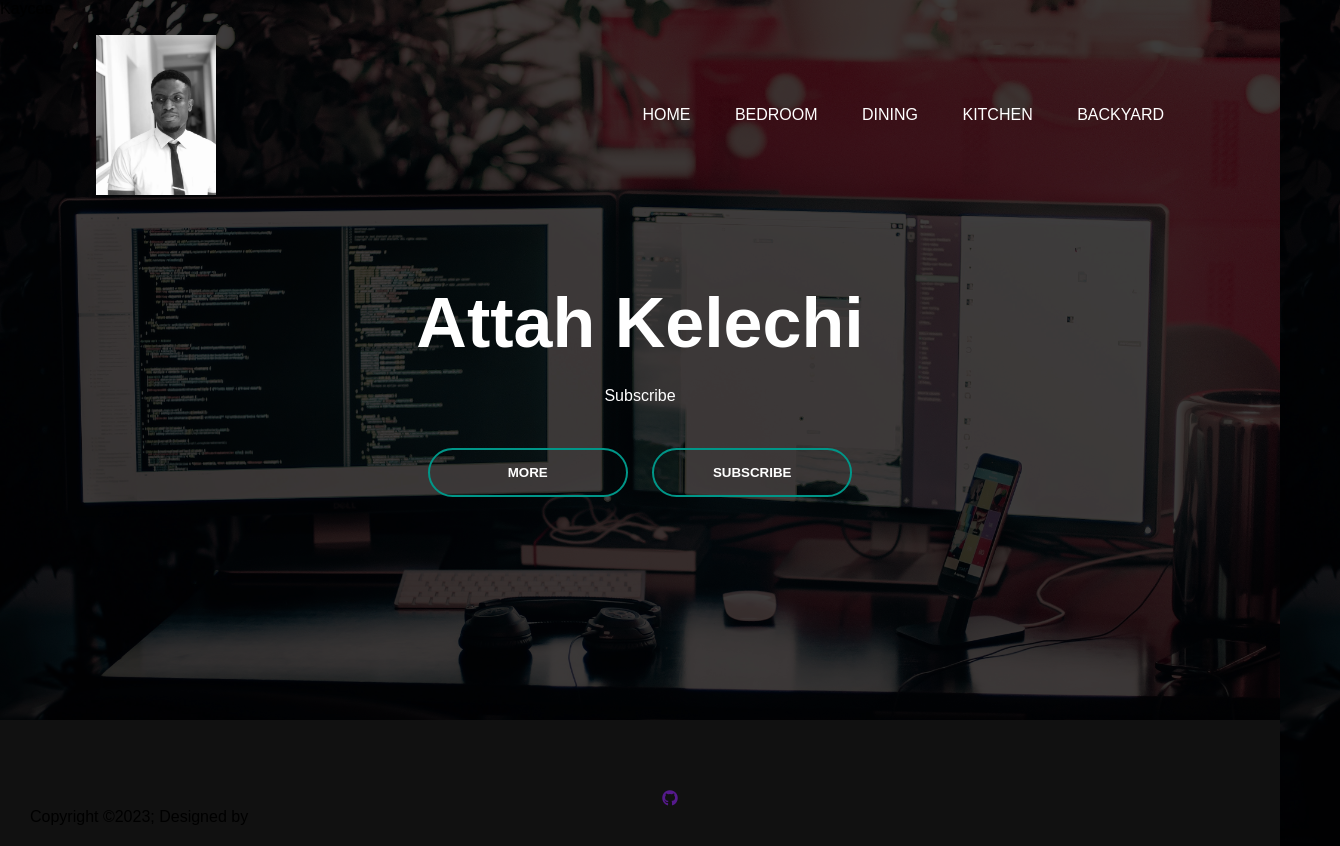
Repository: Kaycee-attah/HNG-Internship_2023
Page: index.html
These files come from the project's save history. The page is drawn as it stood at one moment and after the next save; the edit follows.
The browser window is 1280 px wide. The page is 1340 px wide, so the pictures cover 1340 px, including what lies to the right of the window. The pictures show the whole page.

Above is the page before, as saved 2023-09-07 02:41:44.

### index.html
<!DOCTYPE html>
<html lang="en">
<head>
    <meta charset="UTF-8">
    <meta name="viewport" content="width=device-width, initial-scale=1.0">
    <title>How to make a website - Easy tutorial</title>
    <link rel="stylesheet" href="style.css">
    <link rel="stylesheet" href="https://cdnjs.cloudflare.com/ajax/libs/font-awesome/6.4.2/css/all.min.css" integrity="sha512-z3gLpd7yknf1YoNbCzqRKc4qyor8gaKU1qmn+CShxbuBusANI9QpRohGBreCFkKxLhei6S9CQXFEbbKuqLg0DA==" crossorigin="anonymous" referrerpolicy="no-referrer" />
</head>
<body>
    <div class="banner">
        <div class="navbar">
            <img class="logo" src="slack_DP.JPG" alt="Kaycee" data-testid="slackDisplayImage">
            <ul>
                <li><a href="#">Home</a></li>
                <li><a href="#">Bedroom</a></li>
                <li><a href="#">Dining</a></li>
                <li><a href="#">Kitchen</a></li>
                <li><a href="#">Backyard</a></li>
            </ul>
        </div>
    </div>
    <div class="content">
        <h1 data-testid="slackUserName">Attah Kelechi</h1>
        <p>Subscribe</p>
        <div>
            <button type="button"><span></span> MORE</button>
            <button type="button"><span></span>SUBSCRIBE</button>
        </div>
    </div>
    <footer>
        <div class="footer_Container">
            <div class="social-icon">
                <a href=""><i class="fa-brands fa-github"></i></a>
            </div>
            <div class="footer_Bottom">
                <p>Copyright &copy;2023; Designed by <span class="designer">Kaycee</span></p>
            </div>
        </div>
    </footer>

    <script src="script.js"></script>
</body>

</html>

### style.css
*{
    margin: 0;
    padding: 0;
    font-family: sans-serif;

}
body{
    background-image: linear-gradient(rgba(0,0,0,0.75), rgba(0,0,0,0.75)), url(IMG_6759.JPG);
    background-size: cover;
    background-position: center;
}

.banner{
    width: 100%;
    height: 100vh;


}
.navbar{
    width: 85%;
    margin: auto;
    padding: 35px 0;
    display: flex;
    align-items: center;
    justify-content: space-between;
}
.logo{
    width: 120px;
    cursor: pointer;
}
.navbar ul li{
    list-style: none;
    display: inline-block;
    margin: 0 20px;
    position: relative;
}
.navbar ul li a{
    text-decoration: none;
    color: #fff;
    text-transform: uppercase;
}
.navbar ul li::after{
    content: "";
    height: 3px;
    width: 0;
    background: #009688;
    position: absolute;
    left: 0;
    bottom: -10px;
    transition: 0.5s;
}
.navbar ul li:hover::after{
    width: 100%;
}
.content{
    width: 100%;
    position: absolute;
    top: 50%;
    transform: translateY(-50%);
    text-align: center;
    color: #fff;
}
.content h1{
    font-size: 70px;
    margin-top: 80px;
}
.content p{
    margin: 20px auto;
    font-weight: 100;
    line-height: 25px;
}
button{
    width: 200px;
    padding: 15px 0;
    text-align: center;
    margin: 20px 10px;
    border-radius: 25px;
    font-weight: bold;
    border: 2px solid #009688;
    background: transparent;
    color: #fff;
    cursor: pointer;
    position: relative;
    overflow: hidden;
}
span{
    background: #009688;
    height: 100%;
    width: 0;
    border-radius: 25px;
    position: absolute;
    left: 0;
    bottom: 0;
    z-index: -1;
    transition: 0.5s;
}
button:hover span{
    width: 100%;
}
footer{
    background-color: #111;
}
.footer_Container{
    width: 100%;
    padding: 70px 30px 20px;
}
.social-icon{
    display: flex;
    justify-content: center;
}

### script.js
const now = new Date();
const day = now.getDay();
const hours = now.getHours();
const minutes = now.getMinutes();
const UTCtimeStamp = now.getTime();
const GMTdate_and_time = now.toUTCString();
const daysOfWeek = [
    "Sunday",
    "Monday",
    "Tuesday",
    "Wednesday",
    "Thursday",
    "Friday",
    "Saturday"
]
const today = daysOfWeek[day];
const UTC = now.getUTCMilliseconds();
console.log("Current day of the week:", today)
console.log("UTC:", UTC)

console.log("UTCtimeStamp:", UTCtimeStamp)
console.log("GMTdate_and_time:", GMTdate_and_time)

After the next save:
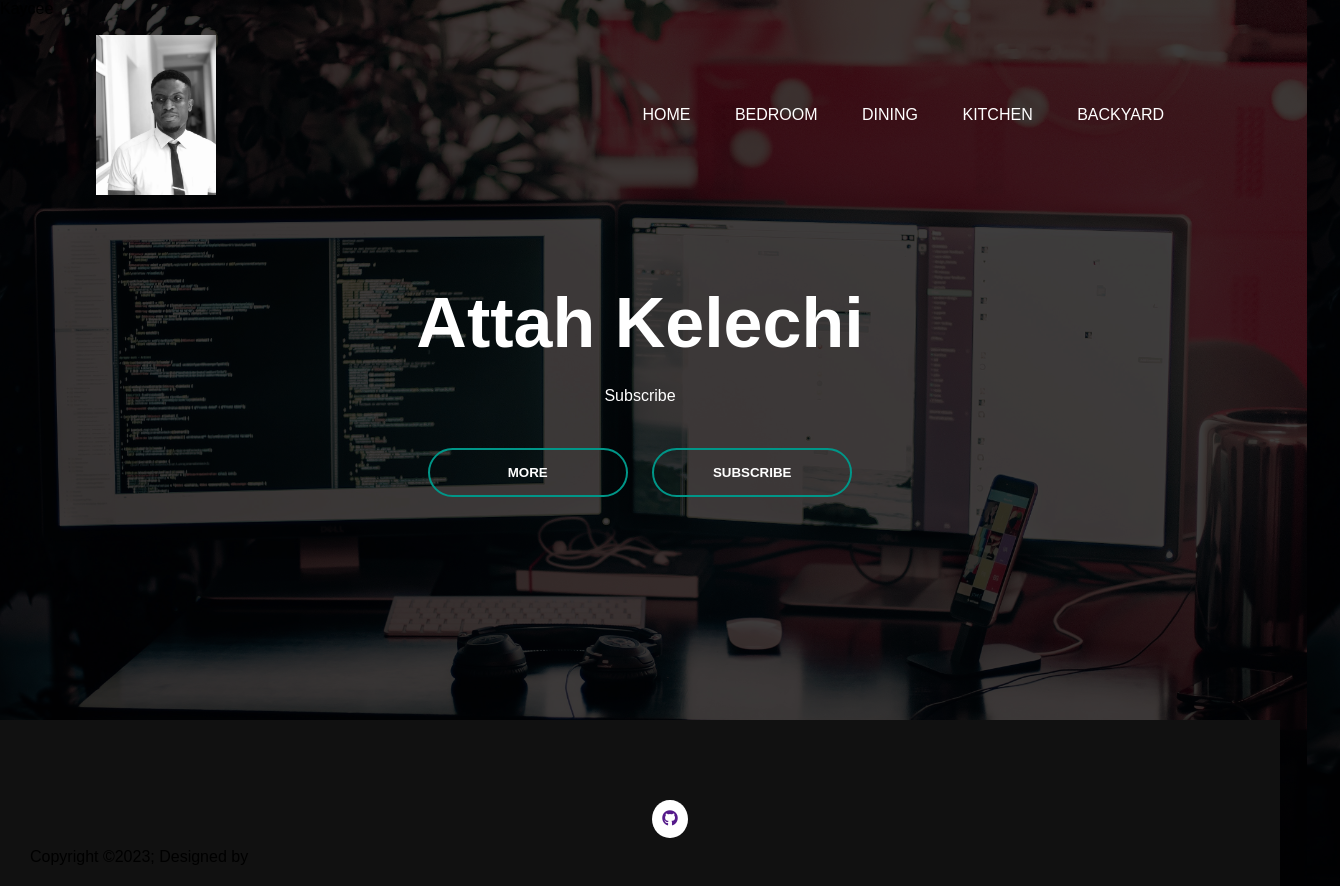
Saved 3 min 5 s later.
--- a/style.css
+++ b/style.css
@@ -108,3 +108,10 @@ footer{
     display: flex;
     justify-content: center;
 }
+.social-icon a{
+    text-decoration: none;
+    padding: 10px;
+    background-color: white;
+    margin: 10px;
+    border-radius: 50%;
+}
